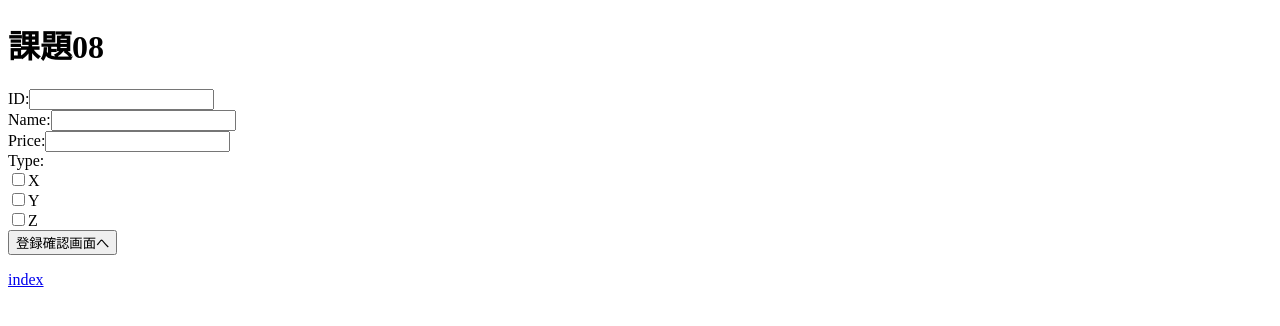
Repository: kashu256/kadai08_JV
Page: kadai08_1/src/main/webapp/index.html
An editor plug-in stored every save of this project. The page is shown before and after the next save, followed by the edit.
The browser window is 1280 px wide. The pictures show the whole page.

Above is the page before, as saved 2024-12-12 15:43:04.

### kadai08_1/src/main/webapp/index.html
<!DOCTYPE html>
<html>
	<head>
		<meta charset="UTF-8">
		<title>Insert title here</title>
	</head>
	<body>
		<h1>課題08</h1>
		<form action="ProductRegist" method="post">
			<label>ID:<input type="text" name="id"></label><br>
			<label>Name:<input type="text" name="name"></label><br>
			<label>Price:<input type="text" name="price"></label><br>
			<label>Type:</label><br>
			<label><input type="checkbox" name="cb" value="x">X</label><br>
			<label><input type="checkbox" name="cb" value="y">Y</label><br>
			<label><input type="checkbox" name="cb" value="z">Z</label><br>
			<input type="submit" value="登録確認画面へ">
		</form>
		<p><a href="ProductRegist">index</a></p>
	</body>
</html>

After the next save:
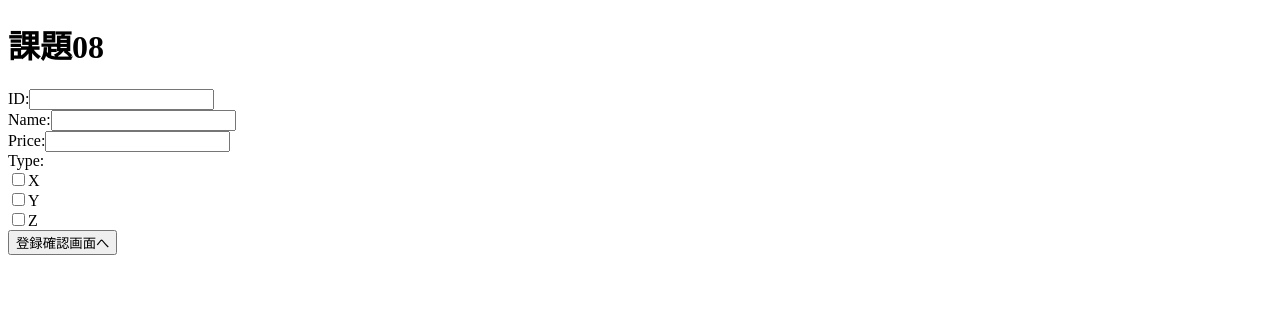
Saved 20 s later.
--- a/kadai08_1/src/main/webapp/index.html
+++ b/kadai08_1/src/main/webapp/index.html
@@ -16,6 +16,5 @@
 			<label><input type="checkbox" name="cb" value="z">Z</label><br>
 			<input type="submit" value="登録確認画面へ">
 		</form>
-		<p><a href="ProductRegist">index</a></p>
 	</body>
 </html>
